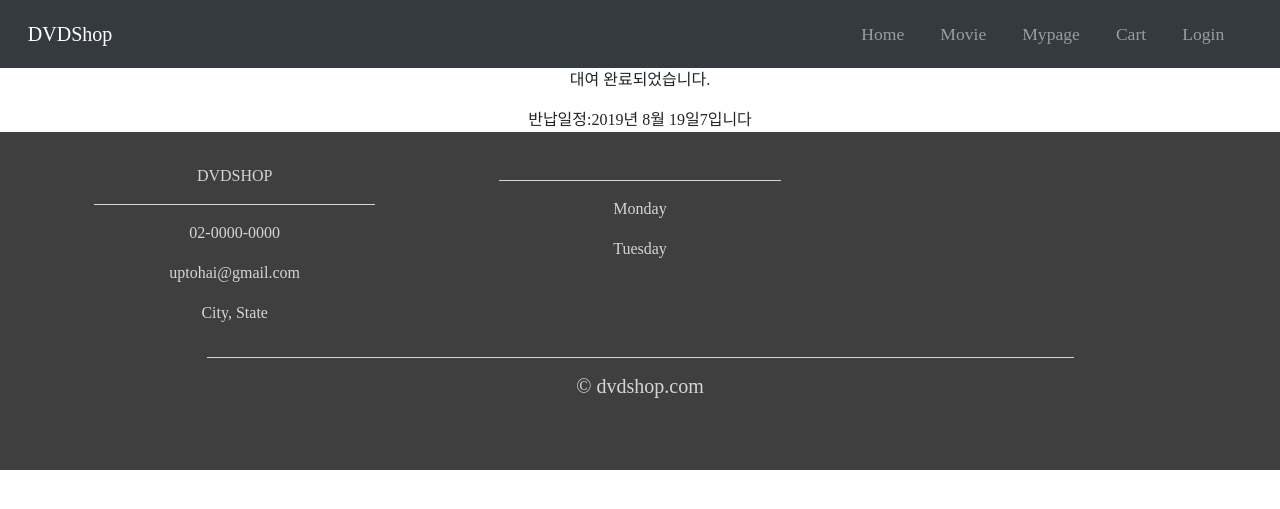
Repository: afterup/dvdshop
Page: http://localhost/shop_project/view/common/movie_rental.jsp
These files come from the project's save history. The page is drawn as it stood at one moment and after the next save; the edit follows.
The browser window is 1280 px wide. The pictures show the whole page.
The page is served by Tomcat 9. Other server files are loaded and not shown.

Above is the page before, as saved 2019-08-14 04:20:25.

### shop_project/WebContent/view/common/movie_rental.jsp
<%@ page language="java" contentType="text/html; charset=UTF-8"
	pageEncoding="UTF-8"%>
<!DOCTYPE html>
<html lang="en">

<head>
<meta charset="UTF-8">
<meta name="viewport" content="width=device-width, initial-scale=1.0">
<meta http-equiv="X-UA-Compatible" content="ie=edge">
<title>Document</title>
<!-- 부트스트랩 css-->
<link rel="stylesheet"
	href="https://stackpath.bootstrapcdn.com/bootstrap/4.3.1/css/bootstrap.min.css"
	integrity="sha384-ggOyR0iXCbMQv3Xipma34MD+dH/1fQ784/j6cY/iJTQUOhcWr7x9JvoRxT2MZw1T"
	crossorigin="anonymous">
<!-- 사용자 css-->
<link rel="stylesheet" href="css/style.css">
</head>

<body>
	<!-- Navigation -->
	<nav class="navbar navbar-expand-md navbar-dark bg-dark sticky-top">
		<div class="container-fluid">
			<a href="#" class="navbar-brand">DVDShop</a>
			<button class="navbar-toggler" type="button" data-toggle="collapse"
				data-target="#navbarResponsive">
				<span class="navbar-toggler-icon"></span>
			</button>
			<div class="collapse navbar-collapse" id="navbarResponsive">
				<ul class="navbar-nav ml-auto">
					<li class="nav-item"><a class="nav-link" href="movie">Home</a></li>
					<li class="nav-item"><a class="nav-link"
						href="movie?action=moviePage">Movie</a></li>
					<li class="nav-item"><a class="nav-link"
						href="movie?action=mypage">Mypage</a></li>
					<li class="nav-item"><a class="nav-link"
						href="movie?action=cart">Cart</a></li>
					<li class="nav-item"><a href="movie?action=login"
						class="nav-link">Login</a></li>
				</ul>
			</div>
		</div>
	</nav>

	<!-- main-->

	<div class="container text-center">

		<p>대여 완료되었습니다.</p>

		반납일정:<span id="time-result"></span>
	</div>

	<!-- Footer -->
	<footer>
		<div class="container-fluid padding">
			<div class="row text-center">
				<div class="col-md-4">
					DVDSHOP
					<hr class="light">
					<p>02-0000-0000</p>
					<p>uptohai@gmail.com</p>
					<p>City, State</p>
				</div>
				<div class="col-md-4">
					<hr class="light">
					<p>Monday</p>
					<p>Tuesday</p>
				</div>
			</div>
			<div class="col-12">
				<hr class="light">
				<h5 class="text-center">&copy; dvdshop.com</h5>
			</div>
		</div>
	</footer>

	<script type="text/javascript">
		var d = new Date();
		d.setDate(d.getDate() + 7);
		var currentDate = d.getFullYear() + "년 " + (d.getMonth() + 1) + "월 "
				+ d.getDate() + "일";
		var result = document.getElementById("time-result");
		result.innerHTML = currentDate +7 +"입니다";
	</script>

	<!-- 부트스트랩 -->
	<script src="https://code.jquery.com/jquery-3.3.1.slim.min.js"
		integrity="sha384-q8i/X+965DzO0rT7abK41JStQIAqVgRVzpbzo5smXKp4YfRvH+8abtTE1Pi6jizo"
		crossorigin="anonymous">

	</script>
	<script
		src="https://cdnjs.cloudflare.com/ajax/libs/popper.js/1.14.7/umd/popper.min.js"
		integrity="sha384-UO2eT0CpHqdSJQ6hJty5KVphtPhzWj9WO1clHTMGa3JDZwrnQq4sF86dIHNDz0W1"
		crossorigin="anonymous">

	</script>
	<script
		src="https://stackpath.bootstrapcdn.com/bootstrap/4.3.1/js/bootstrap.min.js"
		integrity="sha384-JjSmVgyd0p3pXB1rRibZUAYoIIy6OrQ6VrjIEaFf/nJGzIxFDsf4x0xIM+B07jRM"
		crossorigin="anonymous">

	</script>
</body>


</html>

### shop_project/WebContent/css/style.css
html,
body {
    height: 100%;
    width: 100%;
    font-family: "sans-serif";
}

img {
    width: 100%;
}

#adminPage {
    background-color: rgb(250, 249, 242);
}

.navbar {
    padding: .8rem;
}

.navbar-nav li {
    padding-right: 20px;
}

.nav-link {
    font-size: 1.1em !important;
}

.carousel-inner img {
    width: 100%;
    height: 100%;
}

.btn-info {
    background-color: rgb(57, 55, 66);
    color: rgb(240, 240, 240);
    border-color: rgb(57, 55, 66);
}

.jumbotron {
    padding: 1rem;
}

.padding {
    padding-bottom: 2rem;
}

footer {
    background-color: #3f3f3f;
    color: #d5d5d5;
    padding: 2rem;
}

hr.light {
    border-top: 1px solid #d5d5d5;
    width: 75%;
}

After the next save:
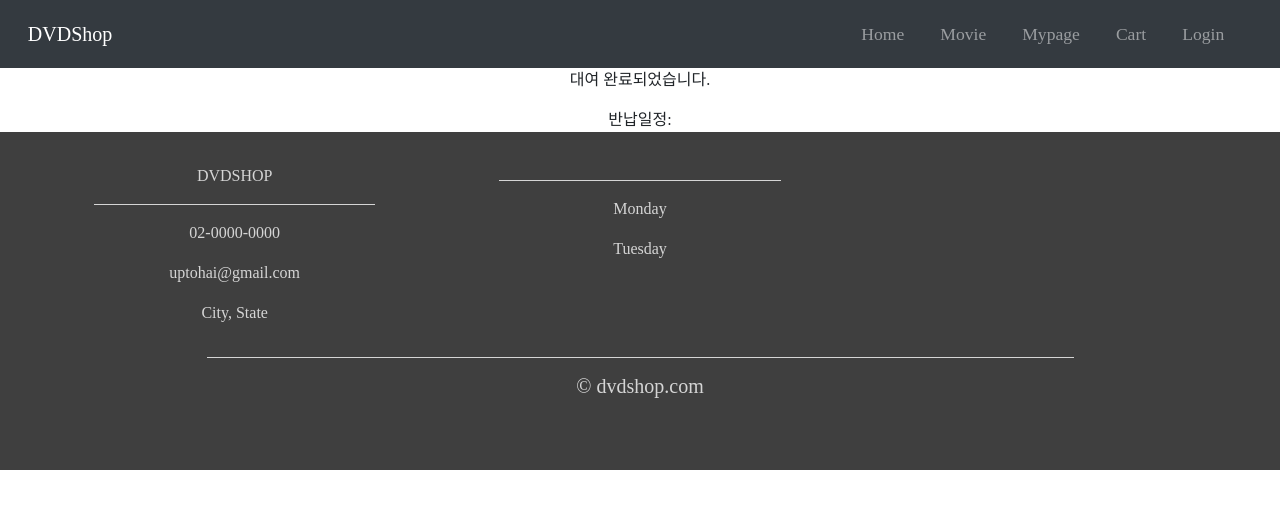
Console error: TypeError: Cannot set properties of null (setting 'innerHTML')
Saved 62 min 47 s later.
--- a/shop_project/WebContent/view/common/movie_rental.jsp
+++ b/shop_project/WebContent/view/common/movie_rental.jsp
@@ -16,6 +16,14 @@
 <!-- 사용자 css-->
 <link rel="stylesheet" href="css/style.css">
 </head>
+<script type="text/javascript">
+	var d = new Date();
+	d.setDate(d.getDate() + 7);
+	var currentDate = d.getFullYear() + "년 " + (d.getMonth() + 1) + "월 "
+			+ d.getDate() + "일";
+	var result = document.getElementById("time-result");
+	result.innerHTML = currentDate + 7 + "입니다";
+</script>
 
 <body>
 	<!-- Navigation -->
@@ -75,15 +83,6 @@
 		</div>
 	</footer>
 
-	<script type="text/javascript">
-		var d = new Date();
-		d.setDate(d.getDate() + 7);
-		var currentDate = d.getFullYear() + "년 " + (d.getMonth() + 1) + "월 "
-				+ d.getDate() + "일";
-		var result = document.getElementById("time-result");
-		result.innerHTML = currentDate +7 +"입니다";
-	</script>
-
 	<!-- 부트스트랩 -->
 	<script src="https://code.jquery.com/jquery-3.3.1.slim.min.js"
 		integrity="sha384-q8i/X+965DzO0rT7abK41JStQIAqVgRVzpbzo5smXKp4YfRvH+8abtTE1Pi6jizo"
